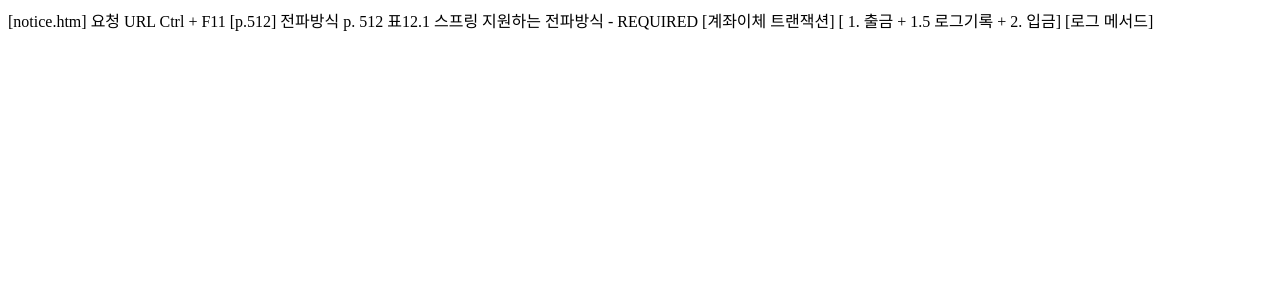
Repository: Vida0822/-
Page: SL07_NLTRANSACTION3_PROPAGATION/src/main/webapp/customer/notice.htm
An editor plug-in stored every save of this project. The page is shown before and after the next save, followed by the edit.
The browser window is 1280 px wide. The pictures show the whole page.

Above is the page before, as saved 2023-06-29 03:25:02.

### SL07_NLTRANSACTION3_PROPAGATION/src/main/webapp/customer/notice.htm
[notice.htm] 요청 URL
Ctrl + F11

[p.512] 전파방식

p. 512 표12.1 스프링 지원하는 전파방식 - REQUIRED

	[계좌이체 트랜잭션]


	[ 1. 출금   +  1.5 로그기록  +   2. 입금]

	[로그 메서드]

After the next save:
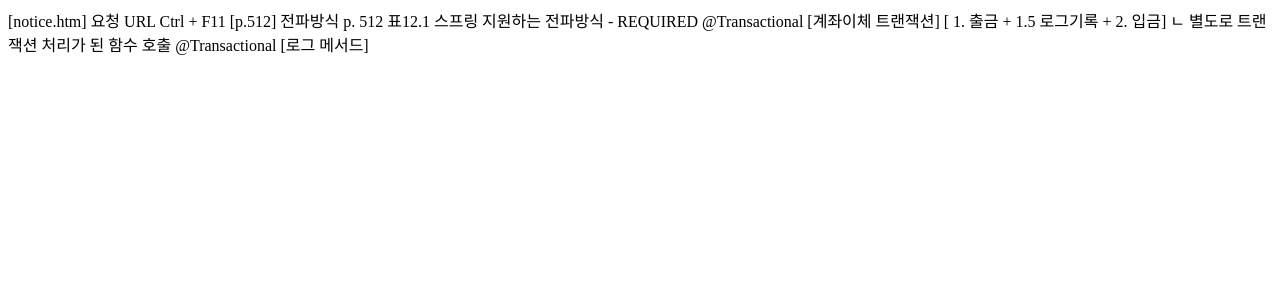
Saved 55 s later.
--- a/SL07_NLTRANSACTION3_PROPAGATION/src/main/webapp/customer/notice.htm
+++ b/SL07_NLTRANSACTION3_PROPAGATION/src/main/webapp/customer/notice.htm
@@ -5,9 +5,10 @@
 
 p. 512 표12.1 스프링 지원하는 전파방식 - REQUIRED
 
+	@Transactional
 	[계좌이체 트랜잭션]
+	[ 1. 출금   +  1.5 로그기록  +   2. 입금]
+						ㄴ 별도로 트랜잭션 처리가 된 함수 호출
 
-
-	[ 1. 출금   +  1.5 로그기록  +   2. 입금]
-
+	@Transactional
 	[로그 메서드]
